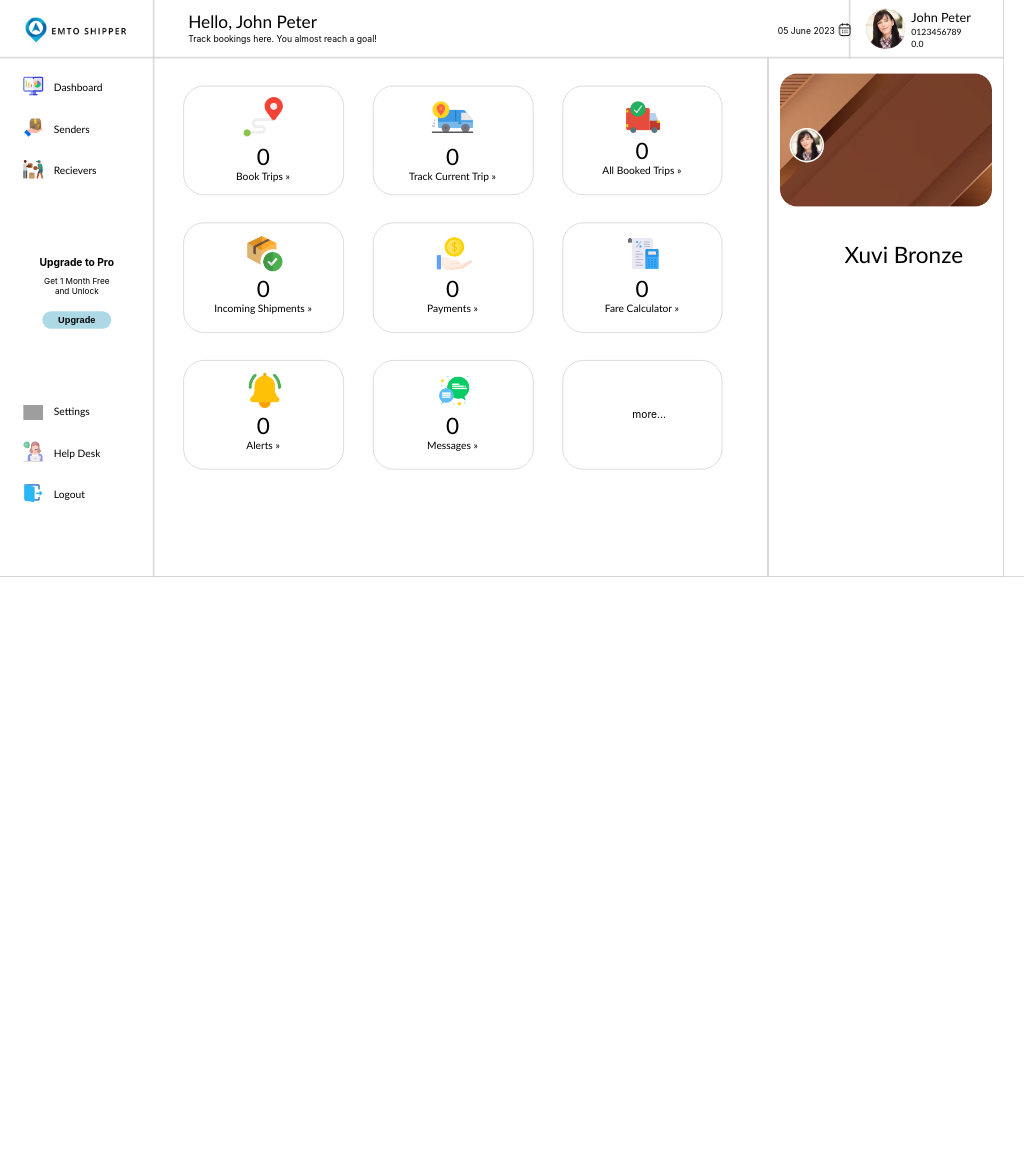
Repository: RoshanArun/Emto-Web
Page: /dashboard (app in emto/reactfirst/)
These files come from the project's save history. The page is drawn as it stood at one moment and after the next save; the edit follows.
The browser window is 1280 px wide. The pictures show the whole page, at 80% of full size.
Pictures or frames that could not be fetched are drawn as grey boxes. The project was rebuilt for these pictures with package versions that can differ from the ones it lists, and the page was loaded fresh each time. Also part of the build but not shown: emto/reactfirst/src/pages/SignUp/SignUp.css, emto/reactfirst/src/pages/SignUp/SignUp.js, emto/reactfirst/src/pages/Login/Login.js.

Above is the page before, as saved 2023-07-30 02:27:34.

After the next save:
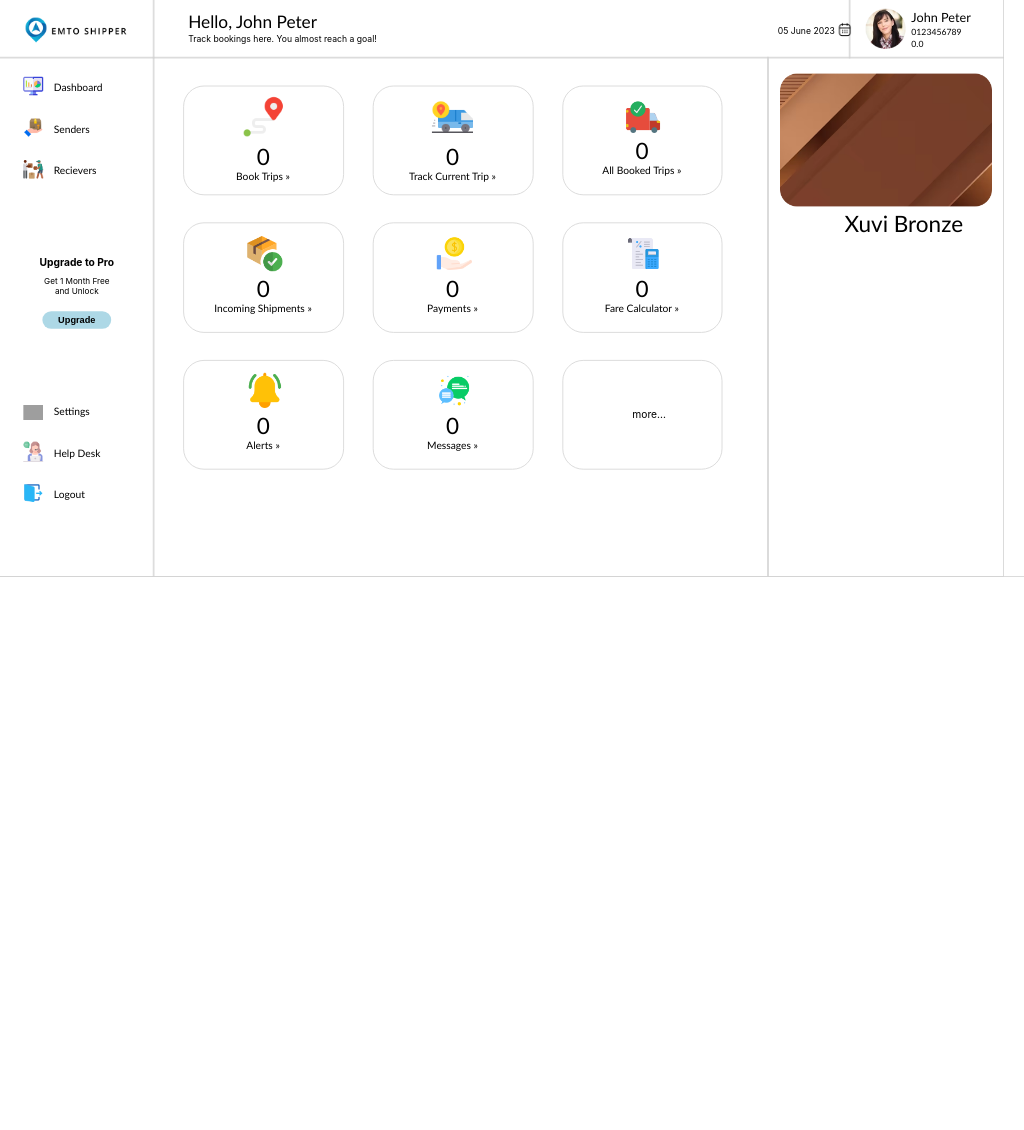
Saved 19 s later.
--- a/emto/reactfirst/src/pages/DashBoard/DashBoard.css
+++ b/emto/reactfirst/src/pages/DashBoard/DashBoard.css
@@ -250,7 +250,7 @@
 
 .bronzeicon{
   width: 3vw;
-  position: relative;
+  position: absolute;;
   display: flex;
   left: 10%;
   top: -100px;
